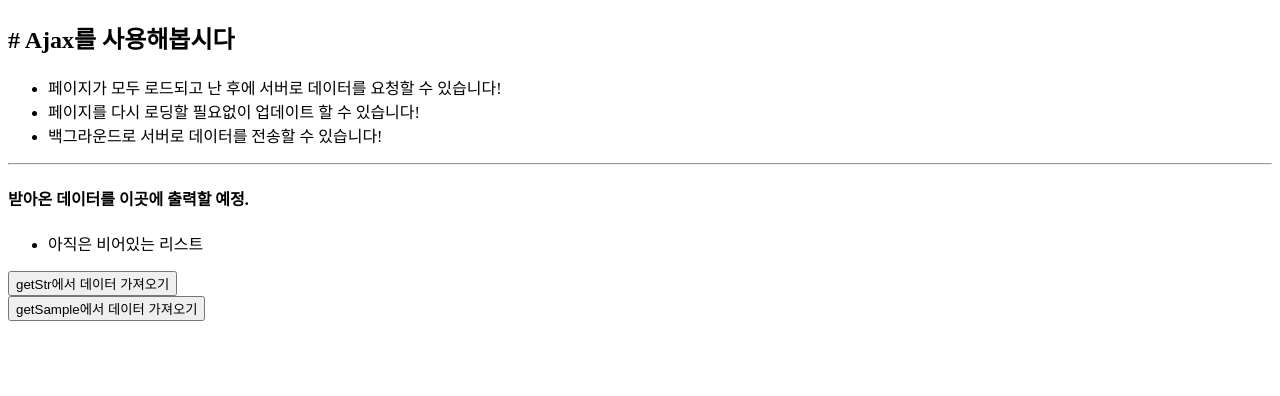
Repository: sirius455/spring-workspace
Page: http://localhost/Spring_REST/WEB-INF/views/ajax/home.jsp
These files come from the project's save history. The page is drawn as it stood at one moment and after the next save; the edit follows.
The browser window is 1280 px wide. The pictures show the whole page.
The page is served by Tomcat 9. Nobody is signed in. The template is opened directly, without the code that normally fills it, so the values that code supplies are empty.

Above is the page before, as saved 2021-08-05 05:17:45.

After the next save:
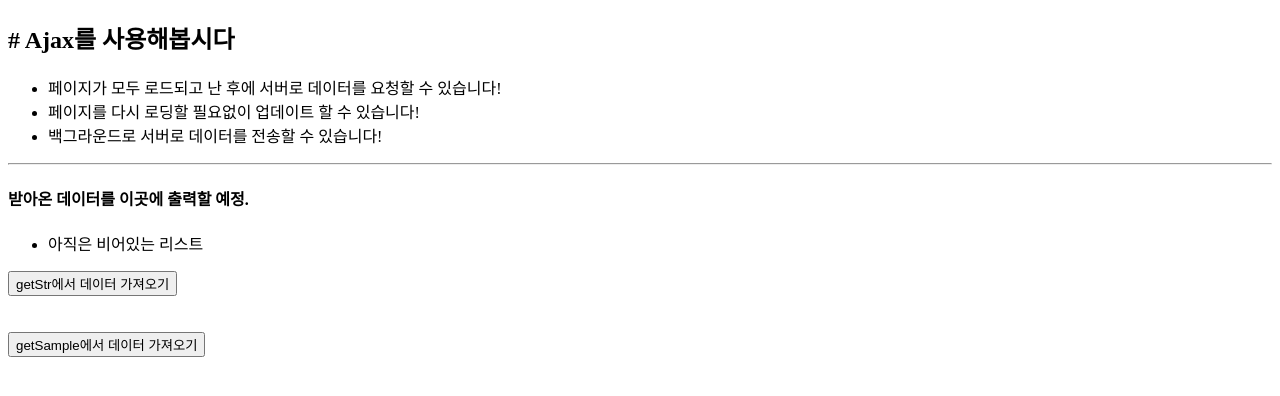
Saved 17 min 50 s later.
--- a/Spring_REST/src/main/webapp/WEB-INF/views/ajax/home.jsp
+++ b/Spring_REST/src/main/webapp/WEB-INF/views/ajax/home.jsp
@@ -29,11 +29,11 @@
 
 <button onclick="loadStr()">
 	getStr에서 데이터 가져오기
-</button> <br>
+</button> <br><br><br>
 
 <button id="sampleAsyncBtn">
 	getSample에서 데이터 가져오기
-</button>
+</button> <br><br><br>
 
 <!-- 서버에서 자원을 사용할 때는 servlet-context의 자원경로를 사용해야 한다 -->
 <script src="<%=request.getContextPath() %>/resources/js/ajax_home.js"></script>
